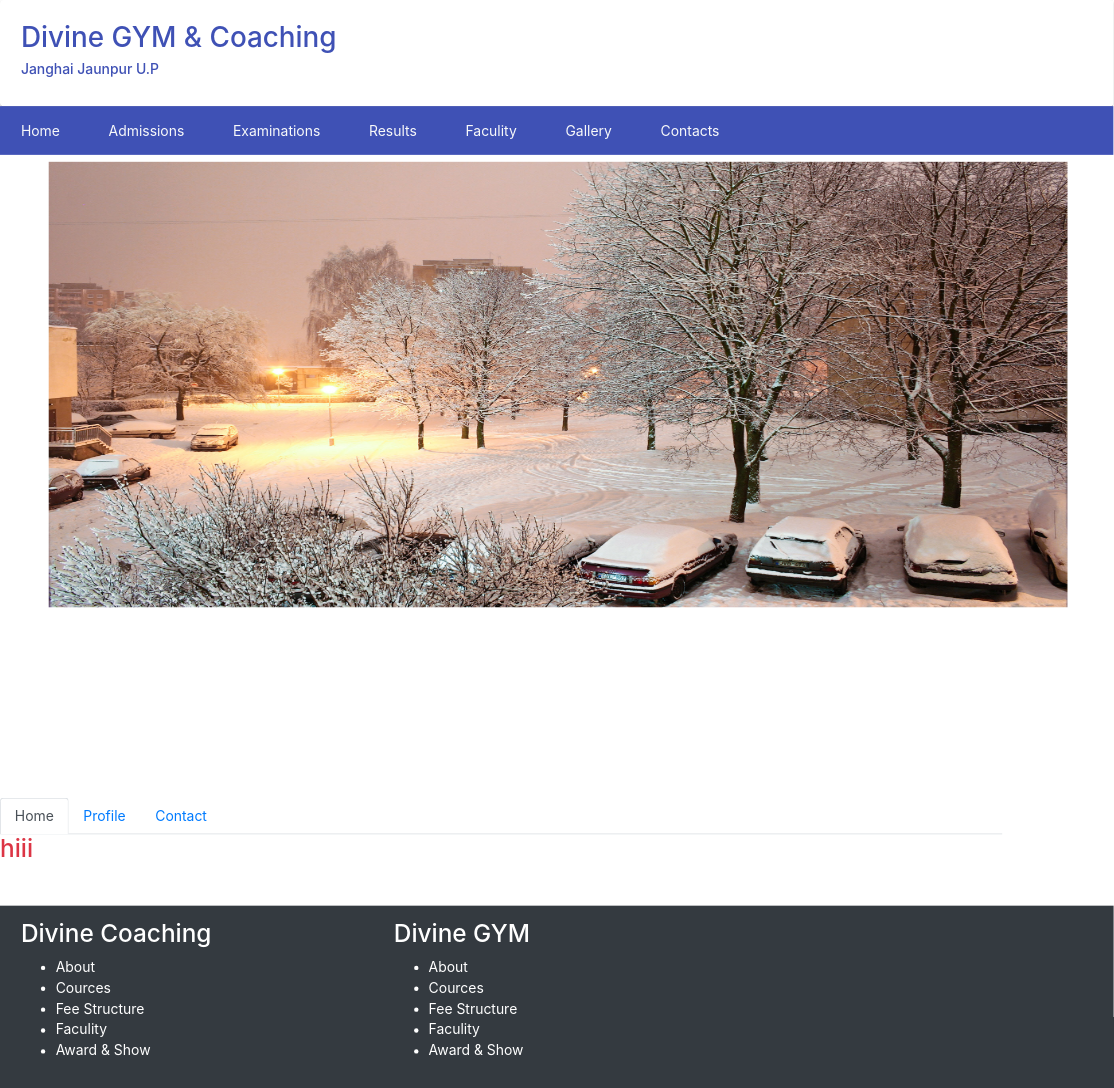
Repository: lalji-yadav/vikash-Coaching-frontend
Page: /gallery
The author's editor kept a copy of each file at every save. The page is drawn from the files as they stood at one save, then again after a run of saves.
The browser window is 1280 px wide. The pictures show the whole page, at 87% of full size.
The project was rebuilt for these pictures with package versions that can differ from the ones it lists, and the page was loaded fresh each time. Also part of the build but not shown: src/index.css, src/home/home.js, src/component/admission/admission.js, src/component/examination/examination.js, src/component/results/result.js, src/component/faculity/faculity.js.

Above is the page before, as saved 2021-04-11 13:40:19.

After the next 2 saves:
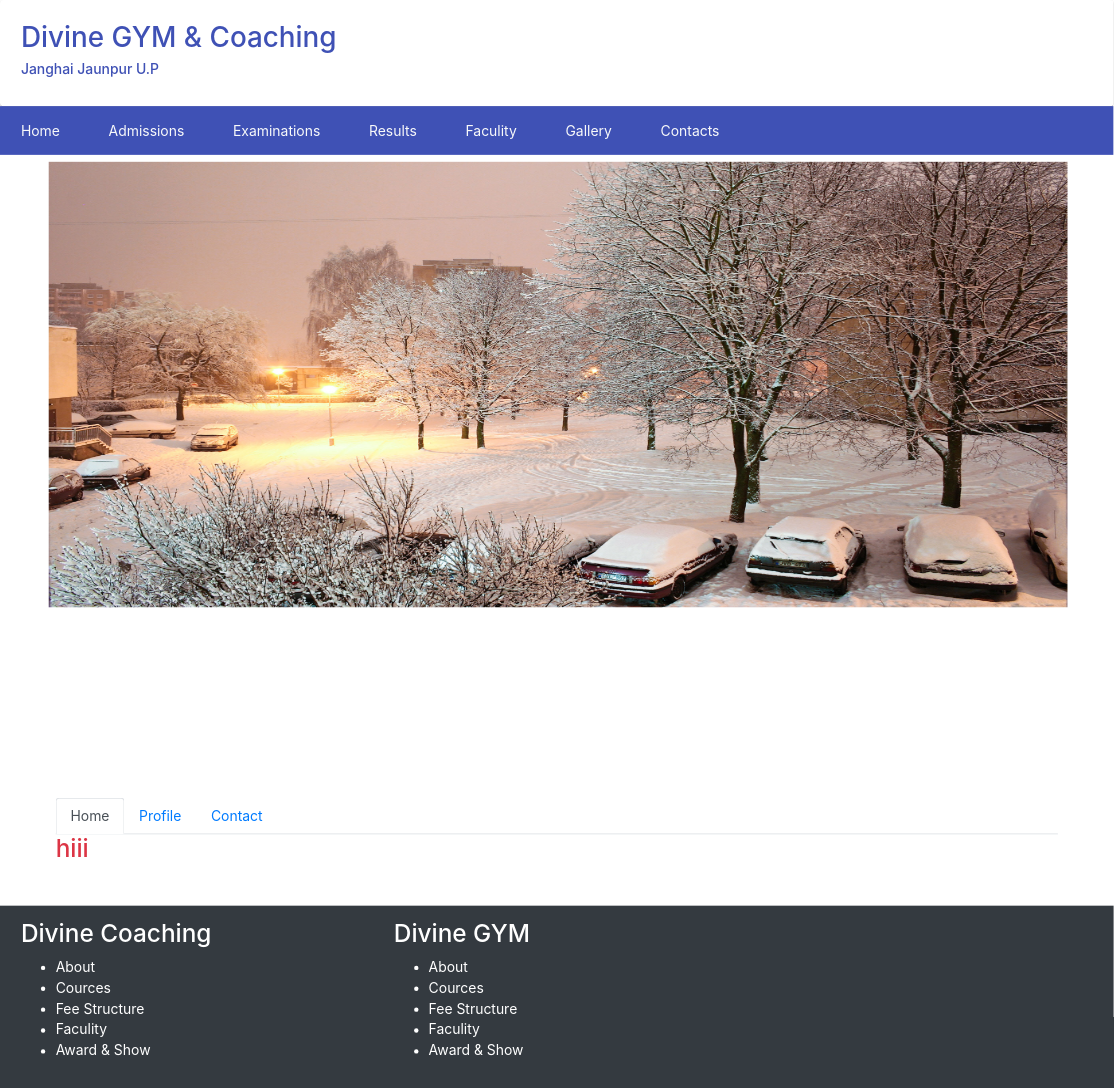
The 2 saves are shown as one change because 1 did not build or start.
The last was saved 59 s later.
--- a/src/component/gallery/gallery.js
+++ b/src/component/gallery/gallery.js
@@ -21,7 +21,7 @@ class gallery extends Component {
           <div className="col-md-5"></div>
         </div>
 
-        <div style={{width:"90%"}} >
+        <div style={{width:"90%", marginLeft:"5%"}} >
           <Tabs defaultActiveKey="Home" id="uncontrolled-tab-example">
             <Tab className="text-danger" eventKey="Home" title="Home">
               <h3>hiii </h3>
